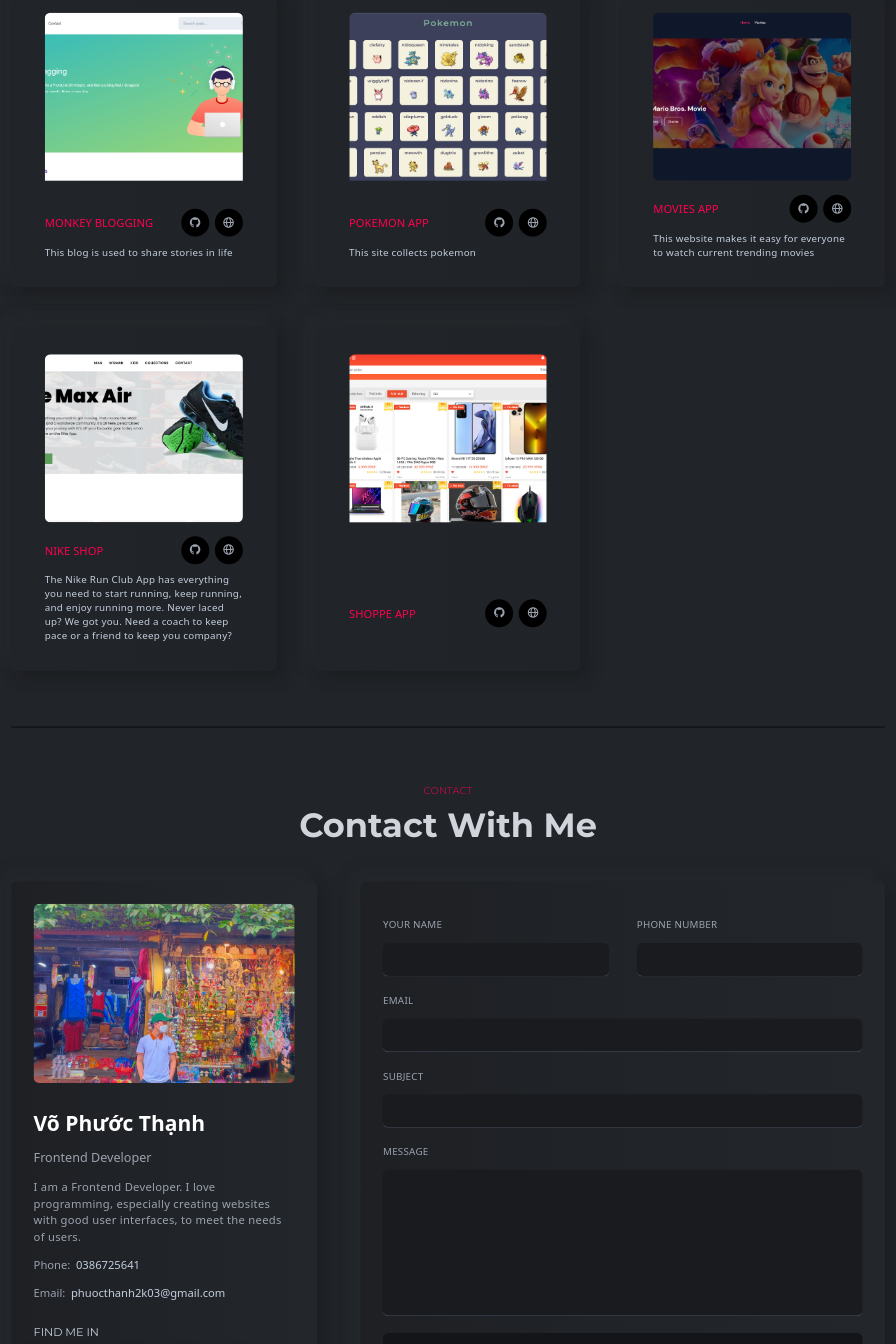
Repository: vophuocthanh/react-profile
Page: /
The author's editor kept a copy of each file at every save. The page is drawn from the files as they stood at one save, then again after the next save.
The browser window is 1280 px wide. The pictures show the part of the page from y = 2293 to 4213 px (the page is 4962 px tall before and 4986 px after), at 70% of full size.
The project was rebuilt for these pictures with package versions that can differ from the ones it lists, and the page was loaded fresh each time. Also part of the build but not shown: src/components/resume/ResumeCard.js, src/components/resume/Skills.js, src/components/tesimonial/Testimonial.js.

Above is the page before, as saved 2023-05-09 21:37:47.

### public/index.html
<!DOCTYPE html>
<html lang="en">
  <head>
    <meta charset="utf-8" />
    <link
      rel="icon"
      href="https://img.freepik.com/premium-vector/young-smiling-man-adam-avatar-3d-vector-people-character-illustration-cartoon-minimal-style_365941-687.jpg?w=2000"
    />
    <meta name="viewport" content="width=device-width, initial-scale=1" />
    <meta name="theme-color" content="#000000" />
    <meta
      name="description"
      content="Web site created using create-react-app"
    />
    <link
      href="https://unpkg.com/boxicons@2.1.4/css/boxicons.min.css"
      rel="stylesheet"
    />
    <!--
      manifest.json provides metadata used when your web app is installed on a
      user's mobile device or desktop. See https://developers.google.com/web/fundamentals/web-app-manifest/
    -->
    <link rel="manifest" href="%PUBLIC_URL%/manifest.json" />
    <!--
      Notice the use of %PUBLIC_URL% in the tags above.
      It will be replaced with the URL of the `public` folder during the build.
      Only files inside the `public` folder can be referenced from the HTML.

      Unlike "/favicon.ico" or "favicon.ico", "%PUBLIC_URL%/favicon.ico" will
      work correctly both with client-side routing and a non-root public URL.
      Learn how to configure a non-root public URL by running `npm run build`.
    -->
    <title>Vo Phuoc Thanh || Profile</title>
  </head>
  <body>
    <noscript>You need to enable JavaScript to run this app.</noscript>
    <div id="root"></div>
    <!--
      This HTML file is a template.
      If you open it directly in the browser, you will see an empty page.

      You can add webfonts, meta tags, or analytics to this file.
      The build step will place the bundled scripts into the <body> tag.

      To begin the development, run `npm start` or `yarn start`.
      To create a production bundle, use `npm run build` or `yarn build`.
    -->
  </body>
</html>

### src/index.js
import React from "react";
import ReactDOM from "react-dom/client";
import "slick-carousel/slick/slick.css";
import "./index.css";
import App from "./App";
import { BrowserRouter } from "react-router-dom";

const root = ReactDOM.createRoot(document.getElementById("root"));
root.render(
  <React.StrictMode>
    <BrowserRouter>
      <App />
    </BrowserRouter>
  </React.StrictMode>
);

### src/index.css
@import url("https://fonts.googleapis.com/css2?family=Montserrat:wght@100;200;300;400;500;600;700;800;900&family=Poppins:wght@100;200;300;400;500;600;700;800;900&display=swap");
@tailwind base;
@tailwind components;
@tailwind utilities;

@layer components {
  .bannerIcon {
    @apply w-16 h-16 bg-black bg-opacity-25 text-gray-200 text-xl inline-flex items-center justify-center rounded-md shadow-shadowOne hover:bg-opacity-40 hover:-translate-y-1 transition-all hover:text-designColor cursor-pointer duration-300;
  }
  .resumeLi {
    @apply w-full h-20 bg-black bg-opacity-25 text-xl text-gray-300 flex justify-center cursor-pointer hover:bg-opacity-40 duration-300 items-center border-[1px] rounded-none;
  }
  .bgOpacity {
    @apply bg-black bg-opacity-40;
  }
  .contactInput {
    @apply w-full h-12 rounded-lg border-b-[1px] border-b-gray-600 bg-[#191b1e] text-lightText px-4 active:outline-none focus-visible:outline-designColor outline-none focus-visible:border-b-transparent duration-300;
  }
  .contactTextArea {
    @apply w-full rounded-lg border-b-[1px] border-b-gray-600 bg-[#191b1e] text-lightText px-4 py-2 active:outline-none focus-visible:outline-designColor outline-none focus-visible:border-b-transparent duration-300 resize-none;
  }
}

.active {
  color: white;
}
.scrollbar-hide::-webkit-scrollbar {
  display: none;
}

### src/App.js
import React from "react";
import Banner from "./components/banner/Banner";
import Contact from "./components/contact/Contact";
import Features from "./components/features/Features";
import Footer from "./components/footer/Footer";
import FooterBottom from "./components/footer/FooterBottom";
import Navbar from "./components/navbar/Navbar";
import Projects from "./components/projects/Projects";
import Resume from "./components/resume/Resume";
import Testimonial from "./components/tesimonial/Testimonial";

function App() {
  return (
    <div className="w-full h-auto bg-bodyColor text-lightText px-4">
      <Navbar />
      <div className="max-w-screen-xl mx-auto">
        <Banner />
        <Features />
        <Resume />
        <Projects />
        {/* <Testimonial /> */}
        <Contact />
        <Footer />
        <FooterBottom />
      </div>
    </div>
  );
}

export default App;

### src/components/footer/FooterBottom.js
import React from "react";

const FooterBottom = () => {
  return (
    <div className="w-full py-10">
      <p className="text-center text-gray-500 text-base">
        © 2023. All rights reserved by Võ Phước Thạnh
      </p>
    </div>
  );
};

export default FooterBottom;

### src/components/projects/Projects.js
import React from "react";
import Title from "../layouts/Title";
import { projectOne, projectTwo, projectThree } from "../../assets/index";
import ProjectsCard from "./ProjectsCard";
import { dataProject } from "../../data/dataProject";

const Projects = () => {
  return (
    <section
      id="projects"
      className="w-full py-20 border-b-[1px] border-b-black"
    >
      <div className="flex justify-center items-center text-center">
        <Title
          title="VISIT MY PORTFOLIO AND KEEP YOUR FEEDBACK"
          des="My Projects"
        />
      </div>
      <div className="grid grid-cols-1 md:grid-cols-2 xl:grid-cols-3 gap-6 xl:gap-14">
        {/* <ProjectsCard
          title="E-commerce Website"
          des=" Lorem, ipsum dolor sit amet consectetur adipisicing elit.
              Explicabo quibusdam voluptate sapiente voluptatibus harum quidem!"
          src={projectTwo}
        /> */}
        {/* <ProjectsCard
          title="Chatting App"
          des=" Lorem, ipsum dolor sit amet consectetur adipisicing elit.
              Explicabo quibusdam voluptate sapiente voluptatibus harum quidem!"
          src={projectThree}
        />
        <ProjectsCard
          title="SOCIAL MEDIA CLONE"
          des=" Lorem, ipsum dolor sit amet consectetur adipisicing elit.
              Explicabo quibusdam voluptate sapiente voluptatibus harum quidem!"
          src={projectThree}
        />
        <ProjectsCard
          title="E-commerce Website"
          des=" Lorem, ipsum dolor sit amet consectetur adipisicing elit.
              Explicabo quibusdam voluptate sapiente voluptatibus harum quidem!"
          src={projectOne}
        />
        <ProjectsCard
          title="Chatting App"
          des=" Lorem, ipsum dolor sit amet consectetur adipisicing elit.
              Explicabo quibusdam voluptate sapiente voluptatibus harum quidem!"
          src={projectTwo}
        /> */}
        {dataProject.map((item) => (
          <ProjectsCard key={item.id} item={item}></ProjectsCard>
        ))}
      </div>
    </section>
  );
};

export default Projects;

### src/components/banner/LeftBanner.js
import React from "react";
import { useTypewriter, Cursor } from "react-simple-typewriter";
import Media from "./Media";

const LeftBanner = () => {
  const [text] = useTypewriter({
    words: ["Software Engineer.", "Frontend Developer."],
    loop: true,
    typeSpeed: 20,
    deleteSpeed: 10,
    delaySpeed: 2000,
  });
  return (
    <div className="flex flex-col w-full gap-20 lgl:w-1/2">
      <div className="flex flex-col gap-5">
        <h4 className="text-lg font-normal ">WELCOME TO MY WORLD</h4>
        <h1 className="text-6xl font-bold text-white">
          Hi, I'm{" "}
          <span className="capitalize text-designColor">Võ Phước Thạnh</span>
        </h1>
        <h2 className="text-4xl font-bold text-white">
          a <span>{text}</span>
          <Cursor
            cursorBlinking="false"
            cursorStyle="|"
            cursorColor="#ff014f"
          />
        </h2>
        <p className="text-base leading-6 tracking-wide font-bodyFont">
          I am a Frontend Developer. I love programming, especially creating
          websites with good user interfaces, to meet the needs of users.
        </p>
      </div>
      {/* Media */}
      <Media />
    </div>
  );
};

export default LeftBanner;

### src/components/banner/RightBanner.js
import React from "react";
import { avatar } from "../../assets";
// import { bannerImg } from "../../assets/index";

const RightBanner = () => {
  return (
    <div className="w-full lgl:w-1/2 flex justify-center items-center relative">
      <img
        className="w-[300px] h-[400px] lgl:w-[500px] lgl:h-[680px] z-10 rounded-sm object-cover"
        src={avatar}
        alt="bannerImg"
      />
      <div className="absolute bottom-0 w-[350px] h-[300px] lgl:w-[500px] lgl:h-[500px] bg-gradient-to-r from-[#1e2024] to-[#202327] shadow-shadowOne flex justify-center items-center"></div>
    </div>
  );
};

export default RightBanner;

### src/components/features/Card.js
import React from 'react'
import { HiArrowRight } from "react-icons/hi";

const Card = ({item:{title,des,icon}}) => {
  return (
    <div className="w-full px-12 h-80 py-10 rounded-lg shadow-shadowOne flex items-center bg-gradient-to-r from-bodyColor to-[#202327] group hover:bg-gradient-to-b hover:from-black hover:to-[#1e2024] transition-colors duration-100 group">
      <div className="h-72 overflow-y-hidden">
        <div className="flex h-full flex-col gap-10 translate-y-16 group-hover:translate-y-0 transition-transform duration-500">
          <div className="w-10 h-8 flex flex-col justify-between">

            {icon ? (
              <span className="text-5xl text-designColor">{icon}</span>
            ) : (
              <>
                <span className="w-full h-[2px] rounded-lg bg-designColor inline-flex"></span>
                <span className="w-full h-[2px] rounded-lg bg-designColor inline-flex"></span>
                <span className="w-full h-[2px] rounded-lg bg-designColor inline-flex"></span>
                <span className="w-full h-[2px] rounded-lg bg-designColor inline-flex"></span>
              </>
            )}
          </div>
          <div className="flex flex-col gap-6">
            <h2 className="text-xl md:text-2xl font-titleFont font-bold text-gray-300">
              {title}
            </h2>
            <p className="base">{des}</p>
            <span className="text-2xl text-designColor">
              <HiArrowRight />
            </span>
          </div>
        </div>
      </div>
    </div>
  );
}

export default Card

### src/data/data.js
import { SiAntdesign } from "react-icons/si";

// Features Data
export const featuresData = [
  {
    id: 1,
    icon: <i class="bx bx-code-block"></i>,
    title: "Frontend Developer",
    des: "I am a Frontend Developer. I love programming, especially creating websites with good user interface, improving user experience.",
  },
  {
    id: 2,
    icon: <SiAntdesign />,
    title: "UI Design",
    des: "Creating beautiful designs is what I want to bring to users",
  },
];

### src/assets/index.js
import logo from "./images/logo.png";
import logo1 from "./images/logo1.png";
import bannerImg from "./images/bannerImg.png";
import avatar from "./images/avatar.jpg";
import avatar1 from "./images/avatar1.jpg";
import projectOne from "./images/projects/projectOne.jpg";
import projectTwo from "./images/projects/projectTwo.jpg";
import projectThree from "./images/projects/projectThree.jpeg";
import project3 from "./images/projects/project3.jpg";
import project4 from "./images/projects/project4.jpg";
import project5 from "./images/projects/project5.jpg";
import testimonialOne from "./images/testmonial/testimonialOne.png";
import testimonialTwo from "./images/testmonial/testimonialTwo.png";
import quote from "./images/testmonial/quote.png";
import contactImg from "./images/contact/contactImg.png";

export {
  logo,
  logo1,
  avatar,
  avatar1,
  bannerImg,
  projectOne,
  projectTwo,
  projectThree,
  project3,
  project4,
  project5,
  testimonialOne,
  testimonialTwo,
  quote,
  contactImg,
};

### src/constants/index.js
export const navLinksdata = [
  {
    _id: 1001,
    title: "Home",
    link: "home",
  },
  {
    _id: 1002,
    title: "Features",
    link: "features",
  },
  {
    _id: 1003,
    title: "Projects",
    link: "projects",
  },
  {
    _id: 1004,
    title: "Resume",
    link: "resume",
  },
  // {
  //   _id: 1005,
  //   title: "Testimonial",
  //   link: "testimonial",
  // },
  {
    _id: 1006,
    title: "Contact",
    link: "contact",
  },
];

### src/components/projects/ProjectsCard.js
import React from "react";
import { dataProject } from "../../data/dataProject";

const ProjectsCard = ({ item: { title, desc, src, linkGit, demo } }) => {
  return (
    <div className="w-full p-4 xl:px-12 h-auto xl:py-10 rounded-lg shadow-shadowOne flex flex-col bg-gradient-to-r from-bodyColor to-[#202327] group hover:bg-gradient-to-b hover:from-gray-900 hover:gray-900 transition-colors duration-1000">
      <div className="w-full h-[80%] overflow-hidden rounded-lg">
        <img
          className="w-full h-60 object-cover group-hover:scale-110 duration-300 cursor-pointer"
          src={src}
          alt="src"
        />
      </div>
      <div className="w-full mt-5 flex flex-col  gap-6">
        <div>
          <div className="flex items-center justify-between">
            <h3 className="text-base uppercase text-designColor font-normal">
              {title}
            </h3>
            <div className="flex gap-2">
              <span className="text-lg w-10 h-10 rounded-full bg-black inline-flex justify-center items-center text-gray-400 hover:text-designColor duration-300 cursor-pointer">
                <a href={linkGit}>
                  <i class="bx bxl-github"></i>
                </a>
              </span>
              <span className="text-lg w-10 h-10 rounded-full bg-black inline-flex justify-center items-center text-gray-400 hover:text-designColor duration-300 cursor-pointer">
                <a href={demo}>
                  <i class="bx bx-globe"></i>
                </a>
              </span>
            </div>
          </div>
          <p className="text-sm tracking-wide mt-3 hover:text-gray-100 duration-300">
            {desc}
          </p>
        </div>
      </div>
    </div>
  );
};

export default ProjectsCard;

### src/data/dataProject.js
import {
  project3,
  project4,
  project5,
  projectOne,
  projectThree,
  projectTwo,
} from "../assets";
export const dataProject = [
  {
    id: 1,
    title: "Monkey Blogging",
    desc: "This blog is used to share stories in life",
    src: projectOne,
    linkGit: "https://github.com/vophuocthanh/monkey-blogging",
    demo: "https://monkey-blogging-app.vercel.app/",
    technology: "#ReactJs, #Firebase, Tailwindcss",
  },
  {
    id: 2,
    title: "Pokemon App",
    desc: "This site collects pokemon",
    src: projectTwo,
    linkGit: "https://github.com/vophuocthanh/pokemon-app",
    demo: "https://pokemon-app-beta-liart.vercel.app/",
  },
  {
    id: 3,
    title: "Movies App",
    desc: "This website makes it easy for everyone to watch current trending movies",
    src: project3,
    linkGit: "https://github.com/vophuocthanh/movies",
    demo: "https://movies-green-phi.vercel.app/",
  },
  {
    id: 4,
    title: "Nike Shop",
    desc: "The Nike Run Club App has everything you need to start running, keep running, and enjoy running more. Never laced up? We got you. Need a coach to keep pace or a friend to keep you company?",
    src: project4,
    linkGit: "https://github.com/vophuocthanh/nike-shop-app",
    demo: "https://vophuocthanh.github.io/nike-shop-app/",
  },
  {
    id: 5,
    title: "Shoppe App",
    desc: "",
    src: project5,
    linkGit: "https://github.com/vophuocthanh/shoppe",
    demo: "https://vophuocthanh.github.io/shoppe/",
  },
];

### src/components/resume/Education.js
import React from "react";
import { motion } from "framer-motion";
import ResumeCard from "./ResumeCard";

const Education = () => {
  return (
    <motion.div
      initial={{ opacity: 0 }}
      animate={{ opacity: 1, transition: { duration: 0.5 } }}
      className="w-full flex flex-col lgl:flex-row gap-10 lgl:gap-20"
    >
      {/* part one */}
      <div>
        <div className="py-6 lgl:py-12 font-titleFont flex flex-col gap-4">
          <p className="text-sm text-designColor tracking-[4px]">2021 - Now</p>
          <h2 className="text-3xl md:text-4xl font-bold">Duy Tan University</h2>
        </div>
        {/* <div className="mt-6 lgl:mt-14 w-full h-[1000px] border-l-[6px] border-l-black border-opacity-30 flex flex-col gap-10">
          <ResumeCard
            title="BSc in Computer Science"
            subTitle="University of DVI (2006 - 2010)"
            result="3.90/4"
            des="The training provided by universities in order to prepare people to work in various sectors of the economy or areas of culture."
          />
          <ResumeCard
            title="AS - Science & Information"
            subTitle="SuperKing College (2001 - 2005)"
            result="4.75/5"
            des="Higher education is tertiary education leading to award of an academic degree. Higher education, also called post-secondary education."
          />
          <ResumeCard
            title="Secondary School Education"
            subTitle="Kingstar Secondary School (1998 - 2000)"
            result="5.00/5"
            des="Secondary education or post-primary education covers two phases on the International Standard Classification of Education scale."
          />
        </div> */}
      </div>
    </motion.div>
  );
};

export default Education;

### src/components/banner/Media.jsx
import React from "react";
import { FaFacebookF, FaTwitter, FaLinkedinIn, FaReact } from "react-icons/fa";
import { SiTailwindcss, SiFigma, SiNextdotjs } from "react-icons/si";
import navIcon1 from "../../assets/images/nav-icon2.svg";
const Media = () => {
  return (
    <div className="flex flex-col xl:flex-row gap-6 lgl:gap-0 justify-between">
      <div>
        <h2 className="text-base uppercase font-titleFont mb-4">Find me in</h2>
        <div className="flex gap-4">
          <span className="bannerIcon">
            <a href="https://www.facebook.com/thanh.vophuoc.50">
              <img src={navIcon1} alt="" />
            </a>
          </span>
          <span className="bannerIcon">
            <a href="https://github.com/vophuocthanh">
              <i class="bx bxl-github"></i>
            </a>
          </span>
          <span className="bannerIcon">
            <a href="https://www.linkedin.com/in/v%C3%B5-ph%C6%B0%E1%BB%9Bc-th%E1%BA%A1nh-747813233/">
              <i class="bx bxl-linkedin"></i>
            </a>
          </span>
          <span className="bannerIcon">
            <a href="https://twitter.com/ThanhVP03">
              <i class="bx bxl-twitter"></i>
            </a>
          </span>
        </div>
      </div>
      <div>
        <h2 className="text-base uppercase font-titleFont mb-4">
          BEST SKILL ON
        </h2>
        <div className="flex gap-4">
          <span className="bannerIcon">
            <FaReact />
          </span>
          <span className="bannerIcon">
            <SiNextdotjs />
          </span>
          <span className="bannerIcon">
            <SiTailwindcss />
          </span>
          <span className="bannerIcon">
            <SiFigma />
          </span>
        </div>
      </div>
    </div>
  );
};

export default Media;

Loaded but not shown: src/components/banner/Banner.js (common file); src/components/features/Features.js (common file); src/components/layouts/Title.js (common file); tailwind.config.js (common file); src/components/footer/Footer.js (148 lines, source omitted); src/components/contact/Contact.js (169 lines, source omitted); src/components/navbar/Navbar.js (120 lines, source omitted); src/components/resume/Resume.js (86 lines, source omitted); src/components/contact/ContactLeft.js (57 lines, source omitted)

After the next save:
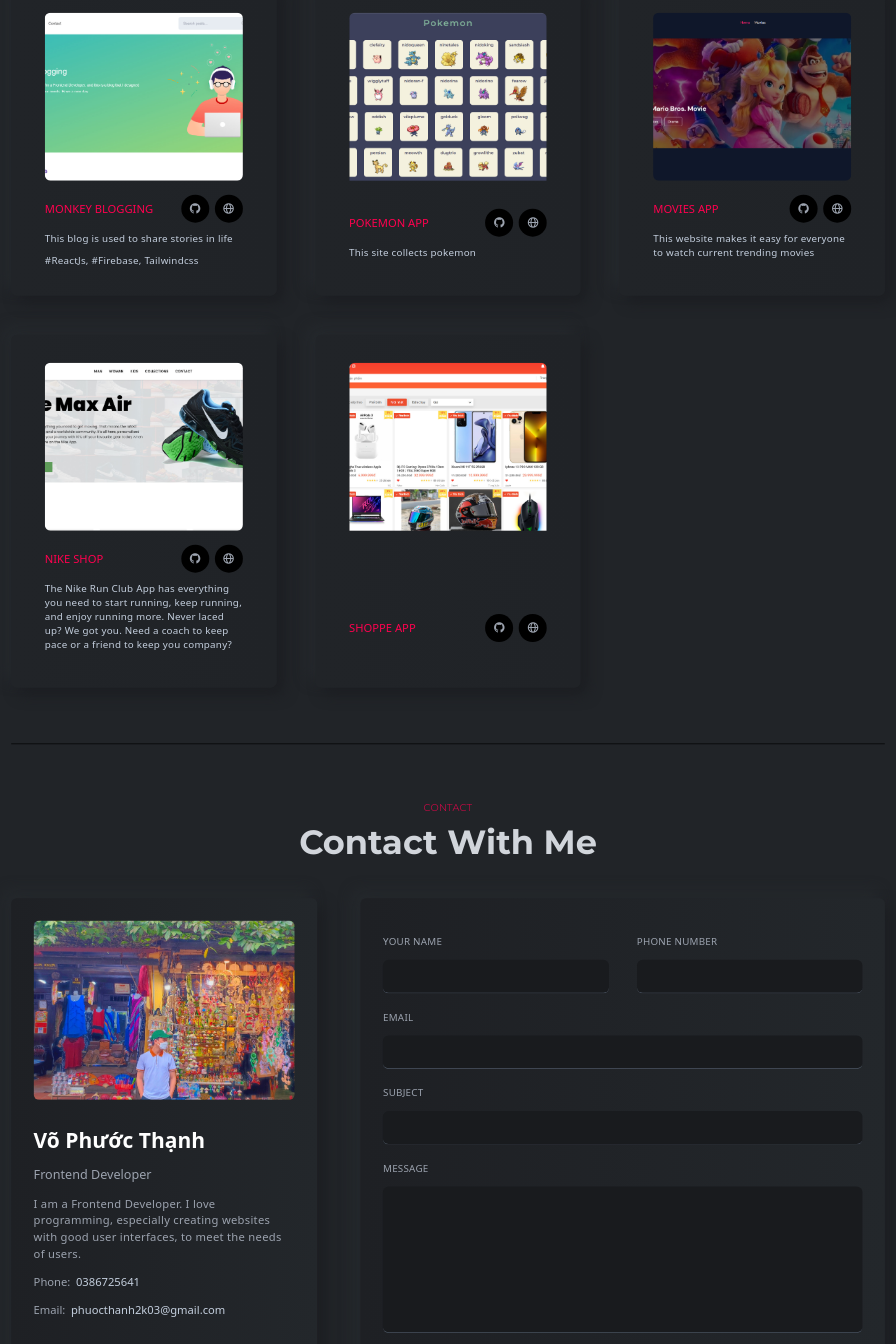
Saved 13 s later.
--- a/src/components/projects/ProjectsCard.js
+++ b/src/components/projects/ProjectsCard.js
@@ -1,37 +1,42 @@
 import React from "react";
 import { dataProject } from "../../data/dataProject";
 
-const ProjectsCard = ({ item: { title, desc, src, linkGit, demo } }) => {
+const ProjectsCard = ({
+  item: { title, desc, src, linkGit, demo, technology },
+}) => {
   return (
     <div className="w-full p-4 xl:px-12 h-auto xl:py-10 rounded-lg shadow-shadowOne flex flex-col bg-gradient-to-r from-bodyColor to-[#202327] group hover:bg-gradient-to-b hover:from-gray-900 hover:gray-900 transition-colors duration-1000">
       <div className="w-full h-[80%] overflow-hidden rounded-lg">
         <img
-          className="w-full h-60 object-cover group-hover:scale-110 duration-300 cursor-pointer"
+          className="object-cover w-full duration-300 cursor-pointer h-60 group-hover:scale-110"
           src={src}
           alt="src"
         />
       </div>
-      <div className="w-full mt-5 flex flex-col  gap-6">
+      <div className="flex flex-col w-full gap-6 mt-5">
         <div>
           <div className="flex items-center justify-between">
-            <h3 className="text-base uppercase text-designColor font-normal">
+            <h3 className="text-base font-normal uppercase text-designColor">
               {title}
             </h3>
             <div className="flex gap-2">
-              <span className="text-lg w-10 h-10 rounded-full bg-black inline-flex justify-center items-center text-gray-400 hover:text-designColor duration-300 cursor-pointer">
+              <span className="inline-flex items-center justify-center w-10 h-10 text-lg text-gray-400 duration-300 bg-black rounded-full cursor-pointer hover:text-designColor">
                 <a href={linkGit}>
                   <i class="bx bxl-github"></i>
                 </a>
               </span>
-              <span className="text-lg w-10 h-10 rounded-full bg-black inline-flex justify-center items-center text-gray-400 hover:text-designColor duration-300 cursor-pointer">
+              <span className="inline-flex items-center justify-center w-10 h-10 text-lg text-gray-400 duration-300 bg-black rounded-full cursor-pointer hover:text-designColor">
                 <a href={demo}>
                   <i class="bx bx-globe"></i>
                 </a>
               </span>
             </div>
           </div>
-          <p className="text-sm tracking-wide mt-3 hover:text-gray-100 duration-300">
+          <p className="mt-3 text-sm tracking-wide duration-300 hover:text-gray-100">
             {desc}
+          </p>
+          <p className="mt-3 text-sm tracking-wide duration-300 hover:text-gray-100">
+            {technology}
           </p>
         </div>
       </div>
